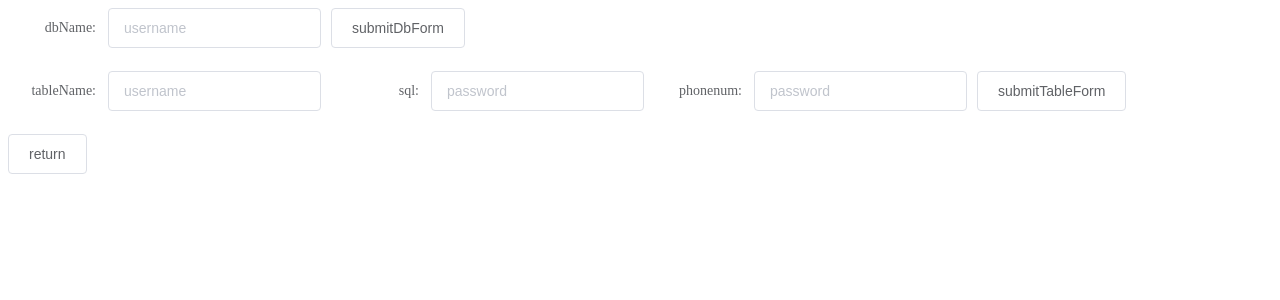
Repository: greden0814/myBlog
Page: /#/pages/tableManage
These files come from the project's save history. The page is drawn as it stood at one moment and after the next save; the edit follows.
The browser window is 1280 px wide. The pictures show the whole page.
The project was rebuilt for these pictures with package versions that can differ from the ones it lists, and the page was loaded fresh each time.

Above is the page before, as saved 2021-07-15 20:34:26.

### index.html
<!DOCTYPE html>
<html>
  <head>
    <meta charset="utf-8">
    <meta name="viewport" content="width=device-width,initial-scale=1.0">
    <title>myblog</title>
  </head>
  <body>
    <div id="app"></div>
    <!-- built files will be auto injected -->
  </body>
</html>

### src/main.js
// The Vue build version to load with the `import` command
// (runtime-only or standalone) has been set in webpack.base.conf with an alias.
import Vue from 'vue'
import App from './App'
import router from './router'
import ElementUI from 'element-ui'
import axios from 'axios'
import 'element-ui/lib/theme-chalk/index.css'

Vue.use(ElementUI)
Vue.config.productionTip = false
Vue.prototype.$axios = axios

/* eslint-disable no-new */
new Vue({
  el: '#app',
  router,
  components: { App },
  template: '<App/>'
})

### src/App.vue
<template>
  <div id="app">
    <!-- <img src="./assets/logo.png"> -->
    <router-view/>
  </div>
</template>

<script>
export default {
  name: 'App'
}
</script>

<style></style>

### src/router/index.js
import Vue from 'vue'
import Router from 'vue-router'

Vue.use(Router)

// const originalPush = Router.prototype.push
// Router.prototype.push = function push(location) {
//   return originalPush.call(this, location).catch(err => err)
// }
export default new Router({
  routes: [
    {
      path: '/',
      name: 'login',
      component: () => import('@/views/login')
    }, {
      path: '/pages/indexPage',
      name: 'myblog',
      component: () => import('@/views/indexPage')
    }, {
      path: '/pages/myInfo',
      name: 'myInfo',
      component: () => import('@/views/myInfo')
    },{
      path: '/pages/tableManage',
      name: 'tableManage',
      component: () => import('@/views/tableManage')
    }
  ]
})

### src/views/tableManage/index.vue
<template>
  <div class="dbManage">
    <div class="dbManage">
      <el-form ref="dbForm" :model="dbForm" label-width="100px" inline>
        <el-form-item label="dbName: ">
          <el-input v-model="dbForm.tableName" placeholder="username" />
        </el-form-item>
        <el-button @click="submitDbForm">submitDbForm</el-button>
      </el-form>
    </div>
    <div class="tableManage">
      <el-form ref="tableForm" :model="tableForm" label-width="100px" inline>
        <el-form-item label="tableName: ">
          <el-input v-model="tableForm.tableName" placeholder="username" />
        </el-form-item>
        <el-form-item label="sql: ">
          <el-input v-model="tableForm.sql" placeholder="password" />
        </el-form-item>
        <el-form-item label="phonenum: ">
          <el-input v-model="tableForm.phonenum" placeholder="password" />
        </el-form-item>
        <el-button @click="submitTableForm">submitTableForm</el-button>
      </el-form>
    </div>
    <div>{{ submit }}</div>
    <div class="returnBtn">
        <el-button @click="returnLogin">return</el-button>
    </div>
  </div>
</template>
<script>
export default {
    data() {
        return {
            submit:"",
            dbForm:{
                tableName:""
            },
            tableForm:{
                tableName:"",
                sql:"",
            },
        }
    },
    methods: {
        submitDbForm() {
            this.$axios({
                method: "post",
                xhrFields: {
                    withCredentials: true,
                },
                headers: {
                    // "Content-Type" : 'application/x-www-form-urlencoded'
                    "Content-Type": "application/json",
                },
                data: {
                    tableName: this.dbForm.tableName,
                },
                url: "http://localhost:3000/api/createdb",
            }).then((res) => {
                console.log(res);
                this.submit = `db '${this.dbForm.tableName}' has been created `;
            });
        },
        submitTableForm() {
            this.submit = "already submit";
            this.$axios({
                method: "get",
                xhrFields: {
                withCredentials: true,
                },
                headers: {
                // "Content-Type" : 'application/x-www-form-urlencoded'
                "Content-Type": "application/json",
                },
                // data: {
                //   username: this.ruleForm.username,
                //   password: this.ruleForm.password,
                //   phonenum: this.ruleForm.phonenum,
                // },
                url: "http://localhost:3000/api/createusertable",
            }).then((res) => {
                console.log(res);
            });
        },
        returnLogin() {
            this.$router.push({
                path:"/"
            })
        }
    }
};
</script>
<style lang="less" scoped>
</style>

After the next save:
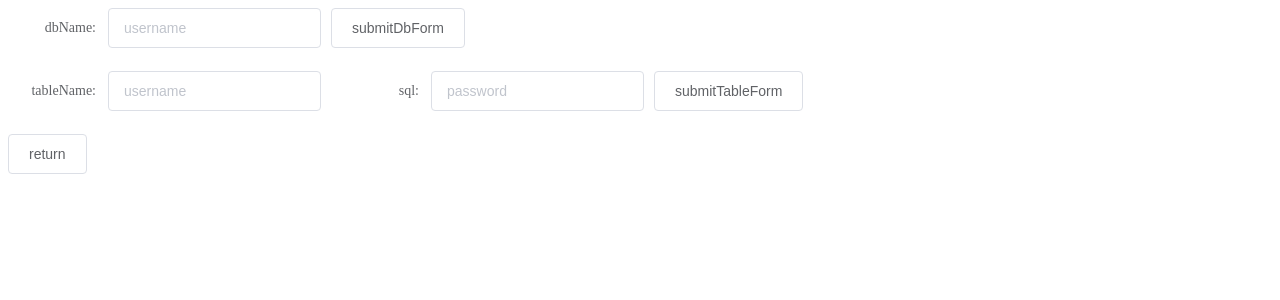
Saved 39 s later.
--- a/src/views/tableManage/index.vue
+++ b/src/views/tableManage/index.vue
@@ -15,9 +15,6 @@
         </el-form-item>
         <el-form-item label="sql: ">
           <el-input v-model="tableForm.sql" placeholder="password" />
-        </el-form-item>
-        <el-form-item label="phonenum: ">
-          <el-input v-model="tableForm.phonenum" placeholder="password" />
         </el-form-item>
         <el-button @click="submitTableForm">submitTableForm</el-button>
       </el-form>
@@ -63,7 +60,6 @@ export default {
             });
         },
         submitTableForm() {
-            this.submit = "already submit";
             this.$axios({
                 method: "get",
                 xhrFields: {
@@ -81,6 +77,7 @@ export default {
                 url: "http://localhost:3000/api/createusertable",
             }).then((res) => {
                 console.log(res);
+                this.submit = `table '${this.tableForm.tableName}' has been created `;
             });
         },
         returnLogin() {
